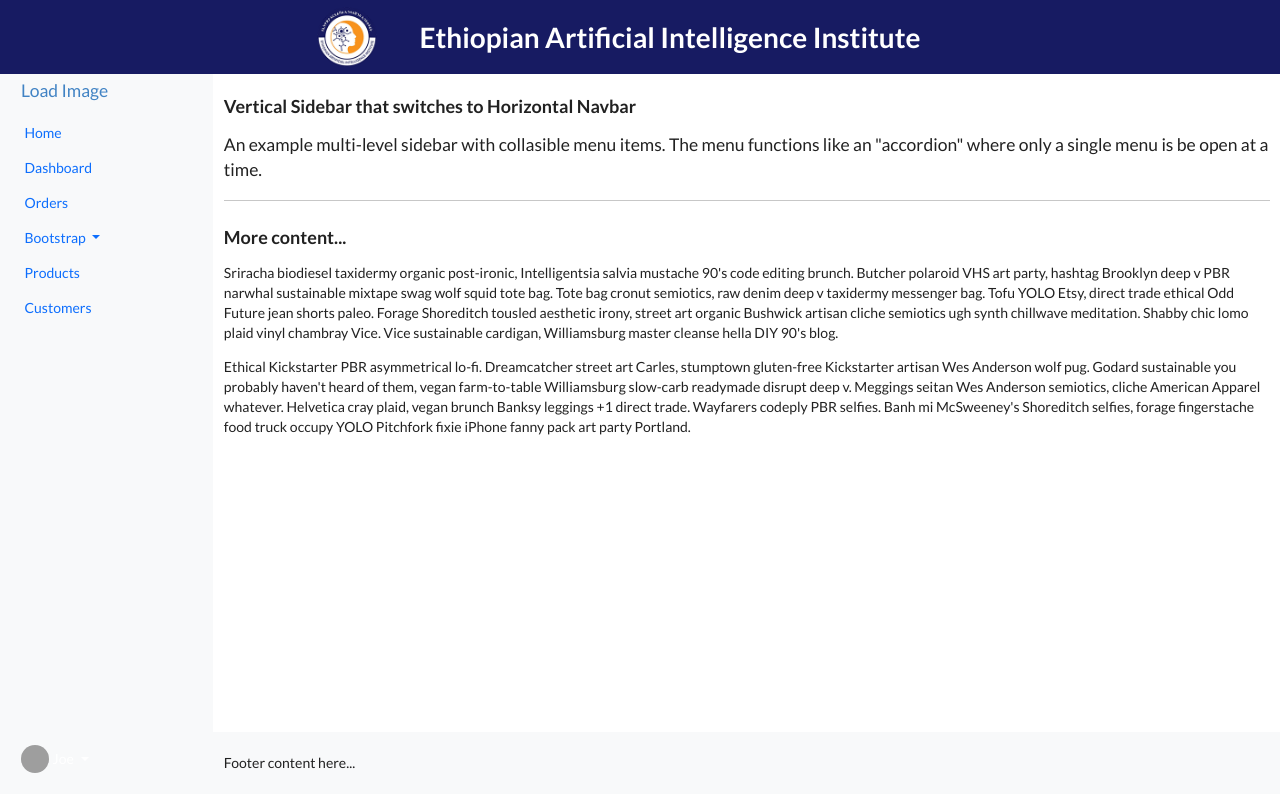
Repository: degagawolde/lung-disease-detection-webapp
Page: http://localhost/
The author's editor kept a copy of each file at every save. The page is drawn from the files as they stood at one save, then again after the next save.
The browser window is 1280 px wide. The pictures show the whole page.
Pictures or frames that could not be fetched are drawn as grey boxes. Some web libraries are served in a nearby version. The page is served by the project's application, run on Django 4.2 (manage.py). Other server files are loaded and not shown.

Above is the page before, as saved 2022-09-25 17:45:17.

### templates/index.html
<!DOCTYPE html>
{% load static %}
<link
rel = "stylesheet"
type = "text/css"
href = "{% static '/bootstrap/css/bootstrap.min.css' %}"
/>
<html lang="en">
<head>
    <style>
        @media (min-width: 576px) {
            .h-sm-100 {
                height: 100%;
            }
        }
    </style>
    <!-- Required meta tags -->
    <meta charset="utf-8">
    <meta name="viewport" content="width=device-width, initial-scale=1, shrink-to-fit=no">
    <!-- semantic UI -->
    <link rel="stylesheet" type='text/css'
        href="https://cdnjs.cloudflare.com/ajax/libs/semantic-ui/2.2.14/semantic.min.css">
    <!--Chart js-->
    <script src="https://cdnjs.cloudflare.com/ajax/libs/Chart.js/2.8.0/Chart.min.js"
        integrity="sha256-Uv9BNBucvCPipKQ2NS9wYpJmi8DTOEfTA/nH2aoJALw=" crossorigin="anonymous"></script>
    <link rel="stylesheet" href="https://cdnjs.cloudflare.com/ajax/libs/Chart.js/2.8.0/Chart.min.css"
        integrity="sha256-aa0xaJgmK/X74WM224KMQeNQC2xYKwlAt08oZqjeF0E=" crossorigin="anonymous" />
    <!-- jQuery -->
    <script src="https://code.jquery.com/jquery-3.3.1.min.js"></script>
</head>
<body>

    <nav class="navbar justify-content-center" style="background-color: #171b62;">
        <img src="{% static 'images/logo.png' %}" width="60" height="60" class="d-inline-block align-top" alt="">
    <div class="px-5">
        <h1 style="color: white;">Ethiopian Artificial Intelligence Institute</h1>
    </div>
    </nav>
 <div class="container-fluid overflow-hidden">
    <div class="row vh-100 overflow-auto">
        <div class="col-12 col-sm-3 col-xl-2 px-sm-2 px-0 bg-light d-flex sticky-top">
            <div class="d-flex flex-sm-column flex-row flex-grow-1 align-items-center align-items-sm-start px-3 pt-2 text-white">
                <a href="/" class="d-flex align-items-center pb-sm-3 mb-md-0 me-md-auto text-blue text-decoration-none">
                    <span class="fs-5">Load<span class="d-none d-sm-inline"> Image</span></span>
                </a>
                <ul class="nav nav-pills flex-sm-column flex-row flex-nowrap flex-shrink-1 flex-sm-grow-0 flex-grow-1 mb-sm-auto mb-0 justify-content-center align-items-center align-items-sm-start" id="menu">
                    <li class="nav-item">
                        <a href="#" class="nav-link px-sm-0 px-2">
                            <i class="fs-5 bi-house"></i><span class="ms-1 d-none d-sm-inline">Home</span>
                        </a>
                    </li>
                    <li>
                        <a href="#submenu1" data-bs-toggle="collapse" class="nav-link px-sm-0 px-2">
                            <i class="fs-5 bi-speedometer2"></i><span class="ms-1 d-none d-sm-inline">Dashboard</span> </a>
                    </li>
                    <li>
                        <a href="#" class="nav-link px-sm-0 px-2">
                            <i class="fs-5 bi-table"></i><span class="ms-1 d-none d-sm-inline">Orders</span></a>
                    </li>
                    <li class="dropdown">
                        <a href="#" class="nav-link dropdown-toggle px-sm-0 px-1" id="dropdown" data-bs-toggle="dropdown" aria-expanded="false">
                            <i class="fs-5 bi-bootstrap"></i><span class="ms-1 d-none d-sm-inline">Bootstrap</span>
                        </a>
                        <ul class="dropdown-menu dropdown-menu-dark text-small shadow" aria-labelledby="dropdown">
                            <li><a class="dropdown-item" href="#">New project...</a></li>
                            <li><a class="dropdown-item" href="#">Settings</a></li>
                            <li><a class="dropdown-item" href="#">Profile</a></li>
                            <li>
                                <hr class="dropdown-divider">
                            </li>
                            <li><a class="dropdown-item" href="#">Sign out</a></li>
                        </ul>
                    </li>
                    <li>
                        <a href="#" class="nav-link px-sm-0 px-2">
                            <i class="fs-5 bi-grid"></i><span class="ms-1 d-none d-sm-inline">Products</span></a>
                    </li>
                    <li>
                        <a href="#" class="nav-link px-sm-0 px-2">
                            <i class="fs-5 bi-people"></i><span class="ms-1 d-none d-sm-inline">Customers</span> </a>
                    </li>
                </ul>
                <div class="dropdown py-sm-4 mt-sm-auto ms-auto ms-sm-0 flex-shrink-1">
                    <a href="#" class="d-flex align-items-center text-white text-decoration-none dropdown-toggle" id="dropdownUser1" data-bs-toggle="dropdown" aria-expanded="false">
                        <img src="https://github.com/mdo.png" alt="hugenerd" width="28" height="28" class="rounded-circle">
                        <span class="d-none d-sm-inline mx-1">Joe</span>
                    </a>
                    <ul class="dropdown-menu dropdown-menu-dark text-small shadow" aria-labelledby="dropdownUser1">
                        <li><a class="dropdown-item" href="#">New project...</a></li>
                        <li><a class="dropdown-item" href="#">Settings</a></li>
                        <li><a class="dropdown-item" href="#">Profile</a></li>
                        <li>
                            <hr class="dropdown-divider">
                        </li>
                        <li><a class="dropdown-item" href="#">Sign out</a></li>
                    </ul>
                </div>
            </div>
        </div>
        <div class="col d-flex flex-column h-sm-100">
            <main class="row overflow-auto">
                <div class="col pt-4">
                    <h3>Vertical Sidebar that switches to Horizontal Navbar</h3>
                    <p class="lead">An example multi-level sidebar with collasible menu items. The menu functions like an "accordion" where only a single menu is be open at a time.</p>
                    <hr />
                    <h3>More content...</h3>
                    <p>Sriracha biodiesel taxidermy organic post-ironic, Intelligentsia salvia mustache 90's code editing brunch. Butcher polaroid VHS art party, hashtag Brooklyn deep v PBR narwhal sustainable mixtape swag wolf squid tote bag. Tote bag cronut semiotics, raw denim deep v taxidermy messenger bag. Tofu YOLO Etsy, direct trade ethical Odd Future jean shorts paleo. Forage Shoreditch tousled aesthetic irony, street art organic Bushwick artisan cliche semiotics ugh synth chillwave meditation. Shabby chic lomo plaid vinyl chambray Vice. Vice sustainable cardigan, Williamsburg master cleanse hella DIY 90's blog.</p>
                    <p>Ethical Kickstarter PBR asymmetrical lo-fi. Dreamcatcher street art Carles, stumptown gluten-free Kickstarter artisan Wes Anderson wolf pug. Godard sustainable you probably haven't heard of them, vegan farm-to-table Williamsburg slow-carb readymade disrupt deep v. Meggings seitan Wes Anderson semiotics, cliche American Apparel whatever. Helvetica cray plaid, vegan brunch Banksy leggings +1 direct trade. Wayfarers codeply PBR selfies. Banh mi McSweeney's Shoreditch selfies, forage fingerstache food truck occupy YOLO Pitchfork fixie iPhone fanny pack art party Portland.</p>
                </div>
            </main>
            <footer class="row bg-light py-4 mt-auto">
                <div class="col"> Footer content here... </div>
            </footer>
        </div>
    </div>
</div>
</div>
     {% block content %}
     {% endblock %}
</body>
</html>

### DiseaseClassification/views.py
from django.http import HttpResponse
from django.shortcuts import render
from datetime import datetime
# Create your views here.

import re

def home(request):
    return render(request,'index.html')

def hello_there(request, name):
    return render(
        request,
        'hello.html',
        {
            'name': name,
            'date': datetime.now()
        }
    )

### LungDiseaseDetection/urls.py
"""LungDiseaseDetection URL Configuration

The `urlpatterns` list routes URLs to views. For more information please see:
    https://docs.djangoproject.com/en/4.0/topics/http/urls/
Examples:
Function views
    1. Add an import:  from my_app import views
    2. Add a URL to urlpatterns:  path('', views.home, name='home')
Class-based views
    1. Add an import:  from other_app.views import Home
    2. Add a URL to urlpatterns:  path('', Home.as_view(), name='home')
Including another URLconf
    1. Import the include() function: from django.urls import include, path
    2. Add a URL to urlpatterns:  path('blog/', include('blog.urls'))
"""
from django.contrib.staticfiles.urls import staticfiles_urlpatterns

from django.contrib import admin
from django.urls import path

from django.contrib import admin
from django.urls import include, path

urlpatterns = [
    path("", include("DiseaseClassification.urls")),
    path('admin/', admin.site.urls)
]

urlpatterns += staticfiles_urlpatterns()

### DiseaseClassification/urls.py
from django.urls import path
from DiseaseClassification import views

urlpatterns = [
    path("", views.home, name="home"),
    path("classify/<name>",views.hello_there,name='classification')
]

Loaded but not shown: static/bootstrap/css/bootstrap.min.css (library)

After the next save:
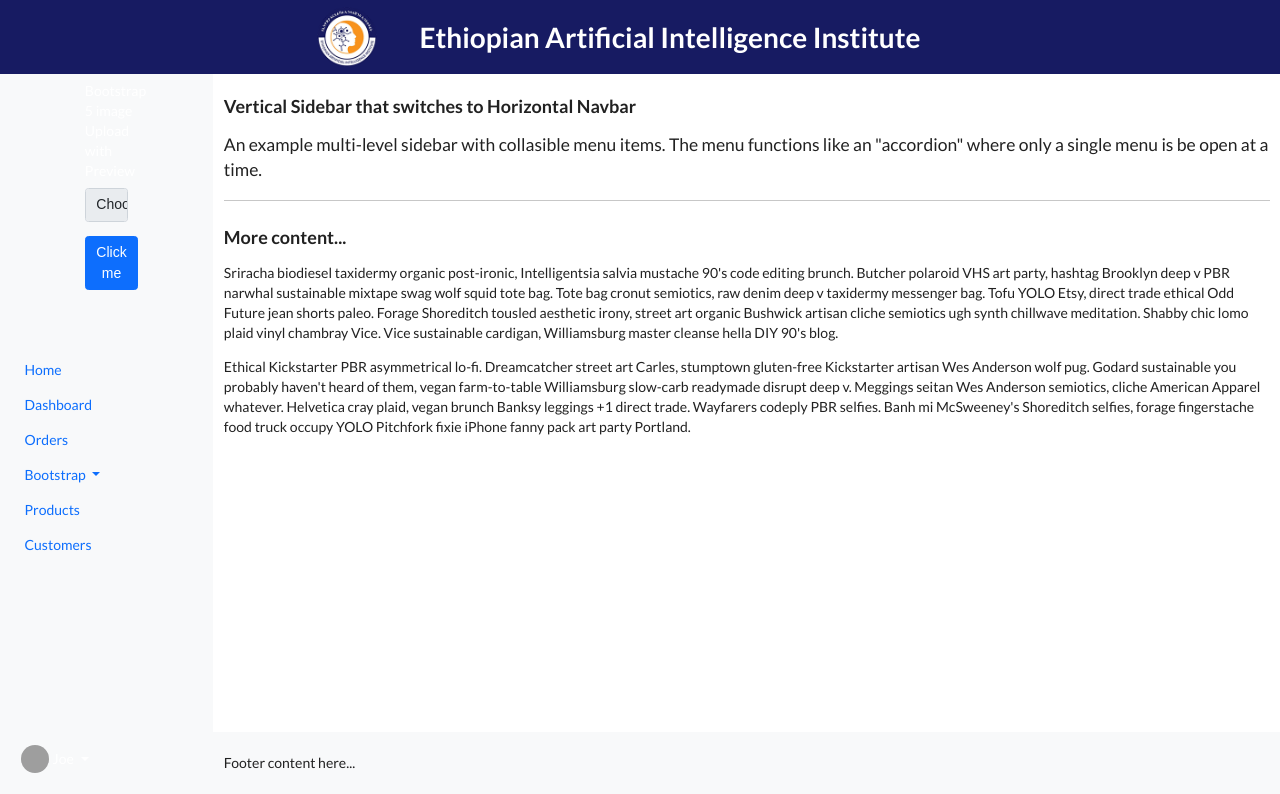
Saved 7 min 1 s later.
--- a/templates/index.html
+++ b/templates/index.html
@@ -40,9 +40,14 @@
     <div class="row vh-100 overflow-auto">
         <div class="col-12 col-sm-3 col-xl-2 px-sm-2 px-0 bg-light d-flex sticky-top">
             <div class="d-flex flex-sm-column flex-row flex-grow-1 align-items-center align-items-sm-start px-3 pt-2 text-white">
-                <a href="/" class="d-flex align-items-center pb-sm-3 mb-md-0 me-md-auto text-blue text-decoration-none">
-                    <span class="fs-5">Load<span class="d-none d-sm-inline"> Image</span></span>
-                </a>
+            <div class="container col-md-6">
+                <div class="mb-5">
+                    <label for="Image" class="form-label">Bootstrap 5 image Upload with Preview</label>
+                    <input class="form-control" type="file" id="formFile" onchange="preview()">
+                    <button onclick="clearImage()" class="btn btn-primary mt-3">Click me</button>
+                </div>
+                <img id="frame" src="" class="img-fluid" />
+            </div>
                 <ul class="nav nav-pills flex-sm-column flex-row flex-nowrap flex-shrink-1 flex-sm-grow-0 flex-grow-1 mb-sm-auto mb-0 justify-content-center align-items-center align-items-sm-start" id="menu">
                     <li class="nav-item">
                         <a href="#" class="nav-link px-sm-0 px-2">
